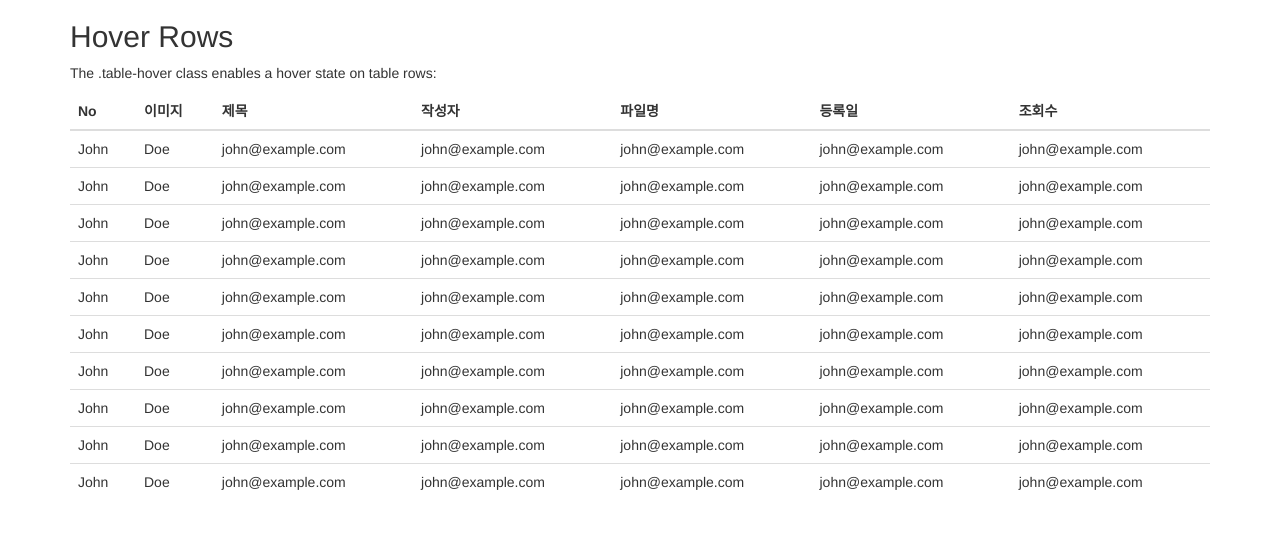
Repository: devlearncampus/gallery
Page: http://localhost/galleryapp/gallery/list.jsp
The author's editor kept a copy of each file at every save. The page is drawn from the files as they stood at one save, then again after the next save.
The browser window is 1280 px wide. The pictures show the whole page.
The page is served by Tomcat 9. Other server files are loaded and not shown.

Above is the page before, as saved 2026-09-28 07:26:47.

### galleryapp/src/main/webapp/gallery/list.jsp
<%@ page contentType="text/html; charset=UTF-8"%>
<!DOCTYPE html>
<html lang="en">
<head>
<title>Bootstrap Example</title>
<meta charset="utf-8">
<meta name="viewport" content="width=device-width, initial-scale=1">
<link rel="stylesheet"
	href="https://maxcdn.bootstrapcdn.com/bootstrap/3.4.1/css/bootstrap.min.css">
<script
	src="https://ajax.googleapis.com/ajax/libs/jquery/3.7.1/jquery.min.js"></script>
<script
	src="https://maxcdn.bootstrapcdn.com/bootstrap/3.4.1/js/bootstrap.min.js"></script>
</head>
<body>

	<div class="container">
		<h2>Hover Rows</h2>
		<p>The .table-hover class enables a hover state on table rows:</p>
		<table class="table table-hover">
			<thead>
				<tr>
					<th>No</th>
					<th>이미지</th>
					<th>제목</th>
					<th>작성자</th>
					<th>파일명</th>
					<th>등록일</th>
					<th>조회수</th>
				</tr>
			</thead>
			<tbody>
				<%for(int i=1;i<=10;i++){%>
				<tr>
					<td>John</td>
					<td>Doe</td>
					<td>john@example.com</td>
					<td>john@example.com</td>
					<td>john@example.com</td>
					<td>john@example.com</td>
					<td>john@example.com</td>
				</tr>
				<%} %>
			</tbody>
		</table>
	</div>

</body>
</html>

After the next save:
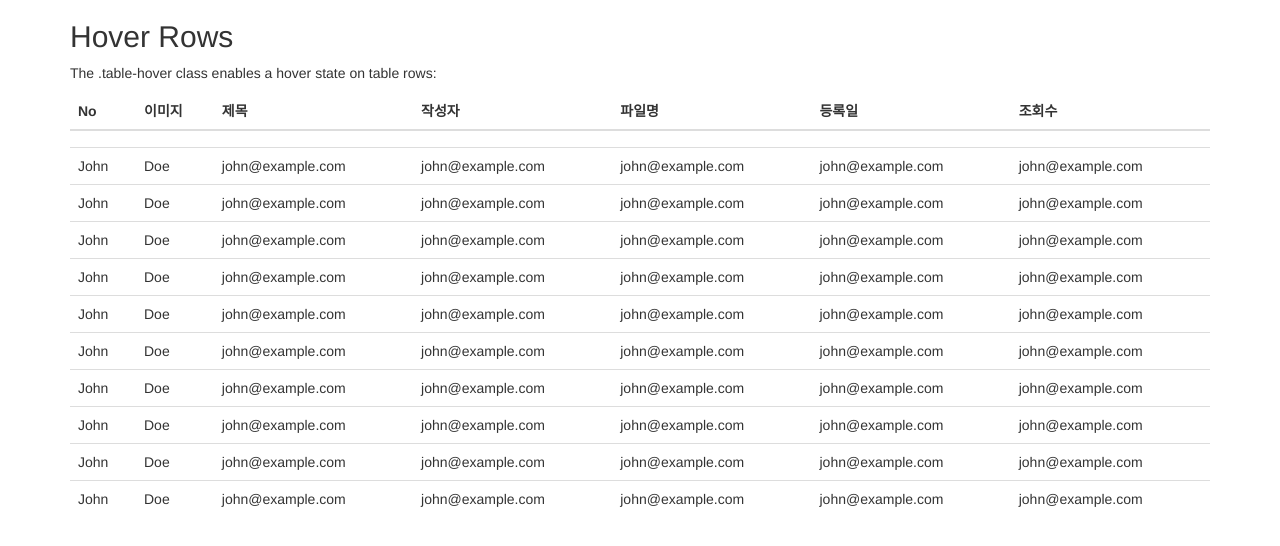
Saved 69 s later.
--- a/galleryapp/src/main/webapp/gallery/list.jsp
+++ b/galleryapp/src/main/webapp/gallery/list.jsp
@@ -30,6 +30,10 @@
 				</tr>
 			</thead>
 			<tbody>
+				<tr>
+					<td colspan="7"></td>
+				</tr>
+
 				<%for(int i=1;i<=10;i++){%>
 				<tr>
 					<td>John</td>
